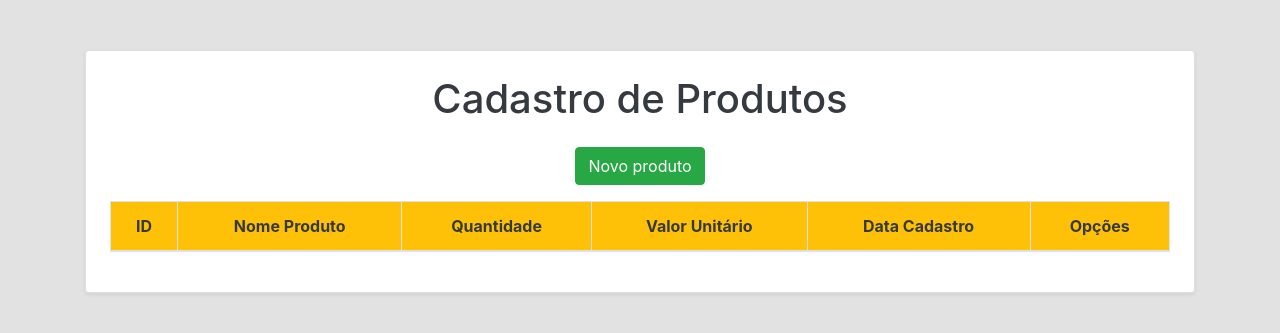
Repository: brudorea/produto
Page: http://localhost/produto/main
An editor plug-in stored every save of this project. The page is shown before and after the next save, followed by the edit.
The browser window is 1280 px wide. The pictures show the whole page.
The page is served by Tomcat 10. Other server files are loaded and not shown. Queries for data that is not in the repository find no rows.

Above is the page before, as saved 2025-06-03 01:14:56.

### produto/src/main/webapp/cadastro.jsp
<%@ page language="java" contentType="text/html; charset=UTF-8"
	pageEncoding="UTF-8"%>

<%@ page import="model.JavaBeans"%>
<%@ page import="java.util.ArrayList"%>

<%@ page import="java.util.Locale"%>
<%@ page import="java.time.format.DateTimeFormatter" %>
<%@ page import="java.text.NumberFormat" %>

<%
ArrayList<JavaBeans> lista = (ArrayList<JavaBeans>) request.getAttribute("produtos");

/* //Teste de recebimento
for(int i = 0; i < lista.size(); i++){
	out.print(lista.get(i).getId());
	out.print(lista.get(i).getNome());
	out.print(lista.get(i).getQtde());
	out.print(lista.get(i).getValor_unit());
	out.print(lista.get(i).getData_cad());
}*/
%>

<% NumberFormat moeda = NumberFormat.getCurrencyInstance (new Locale("pt","BR")); %>

<!DOCTYPE html>
<html lang="pt-br">
<head>
<meta charset="UTF-8">
<meta name="viewport" content="width=device-width, initial-scale=1.0">
<meta name="description"
	content="Sistema de cadastro de produtos com Java e Bootstrap.">
<meta name="keywords"
	content="cadastro, produtos, sistema, Java, Bootstrap">
<title>Cadastro de Produtos</title>
<link rel="shortcut icon" href="img/favicon.png" type="image/x-icon">
<link rel="stylesheet"
	href="https://stackpath.bootstrapcdn.com/bootstrap/4.1.3/css/bootstrap.min.css"
	integrity="sha384-MCw98/SFnGE8fJT3GXwEOngsV7Zt27NXFoaoApmYm81iuXoPkFOJwJ8ERdknLPMO"
	crossorigin="anonymous">
<link rel="stylesheet" href="style.css">
</head>
<body>
	<div
		class="container d-flex justify-content-center align-items-center min-vh-100">
		<section class="card shadow-sm p-4 w-100">
			<div class="text-center">
				<h1 class="text-dark mb-4">Cadastro de Produtos</h1>
				<a href="novo.html" class="btn btn-success">Novo produto</a>
			</div>

			<div class="table-responsive pt-3">
				<table class="table table-bordered table-striped text-center">
					<thead class="bg-warning text-dark">
						<tr>
							<th scope="col">ID</th>
							<th scope="col">Nome Produto</th>
							<th scope="col">Quantidade</th>
							<th scope="col">Valor Unitário</th>
							<th scope="col">Data Cadastro</th>
							<th scope="col">Opções</th>
						</tr>
					</thead>
					<tbody>
						<%
						for (int i = 0; i < lista.size(); i++) {
						%>
						<tr>
							<td><%=lista.get(i).getId()%></td>
							<td class="text-left"><%=lista.get(i).getNome()%></td>
							<td><%=lista.get(i).getQtde()%></td>

							<td><%= moeda.format (lista.get(i).getValor_unit())%></td>

							<td><%=lista.get(i).getData_cad().format(DateTimeFormatter.ofPattern("dd/MM/yyyy"))%></td>

							<td>
							 <a href="select?id=<%=lista.get(i).getId()%>" class="btn btn-sm btn-primary">Editar</a>
							 <a href="javascript:confirmar(<%=lista.get(i).getId() %>)" class="btn btn-sm btn-danger">Excluir</a>
							</td>
						</tr>

						<%
						}
						%>

					</tbody>
				</table>
			</div>
		</section>



		<!-- Bootstrap JS -->
		<script src="https://code.jquery.com/jquery-3.3.1.slim.min.js"
			integrity="sha384-q8i/X+965DzO0rT7abK41JStQIAqVgRVzpbzo5smXKp4YfRvH+8abtTE1Pi6jizo"
			crossorigin="anonymous"></script>
		<script
			src="https://cdnjs.cloudflare.com/ajax/libs/popper.js/1.14.3/umd/popper.min.js"
			integrity="sha384-ZMP7rVo3mIykV+2+9J3UJ46jBk0WLaUAdn689aCwoqbBJiSnjAK/l8WvCWPIPm49"
			crossorigin="anonymous"></script>
		<script
			src="https://stackpath.bootstrapcdn.com/bootstrap/4.1.3/js/bootstrap.min.js"
			integrity="sha384-ChfqqxuZUCnJSK3+MXmPNIyE6ZbWh2IMqE241rYiqJxyMiZ6OW/JmZQ5stwEULTy"
			crossorigin="anonymous"></script>
		<script src="confirmar.js"></script>
</body>
</html>

### produto/src/main/java/controller/Controller.java
package controller;

import java.io.IOException;
import java.sql.Connection;
import java.text.NumberFormat;
import java.time.LocalDate;
import java.util.ArrayList;
import java.util.Locale;

import jakarta.servlet.RequestDispatcher;
import jakarta.servlet.ServletException;
import jakarta.servlet.annotation.WebServlet;
import jakarta.servlet.http.HttpServlet;
import jakarta.servlet.http.HttpServletRequest;
import jakarta.servlet.http.HttpServletResponse;
import model.DAO; // Classe do banco de dados
import model.JavaBeans;

/**
 * Servlet implementation class Controller
 */
@WebServlet(urlPatterns = { "/main", "/insert", "/select", "/update", "/delete" })

public class Controller extends HttpServlet {
	private static final long serialVersionUID = 1L;

	DAO dao = new DAO(); // Testar o banco de dados
	JavaBeans produto = new JavaBeans();

	/**
	 * @see HttpServlet#HttpServlet()
	 */
	public Controller() {
		super();
		// TODO Auto-generated constructor stub
	}

	/**
	 * @see HttpServlet#doGet(HttpServletRequest request, HttpServletResponse
	 *      response)
	 */
	protected void doGet(HttpServletRequest request, HttpServletResponse response)
			throws ServletException, IOException {
		// dao.testeConexao(); // Fazer teste com o banco de dados

		String action = request.getServletPath();
		System.out.println(action);

		if (action.equals("/main")) {
			produtos(request, response);
		} else if (action.equals("/insert")) {
			novoProduto(request, response);
		} else if (action.equals("/select")) {
			listarProduto(request, response);
		} else if (action.equals("/update")) {
			editarProduto(request, response);
		} else if (action.equals("/delete")) {
			removerProduto(request, response);
		} else {
			response.sendRedirect("index.html");
		}
	}

	// produtos
	protected void produtos(HttpServletRequest request, HttpServletResponse response)
			throws ServletException, IOException {

		// response.sendRedirect("cadastro.jsp");

		// Criando um objeto que irá listar os dados JavaBeans
		ArrayList<JavaBeans> lista = dao.listarProdutos();

		// Encaminhar a lista ao documento cadastro.jsp
		request.setAttribute("produtos", lista);
		RequestDispatcher rd = request.getRequestDispatcher("cadastro.jsp");
		rd.forward(request, response);

		/**
		 * // Teste de recebimento da lista for (int i = 0; i < lista.size(); i++) {
		 * System.out.println(lista.get(i).getId());
		 * System.out.println(lista.get(i).getNome());
		 * System.out.println(lista.get(i).getQtde());
		 * System.out.println(lista.get(i).getValor_unit());
		 * System.out.println(lista.get(i).getData_cad());
		 *
		 * }
		 **/
	}

	// novoProduto
	protected void novoProduto(HttpServletRequest request, HttpServletResponse response)
			throws ServletException, IOException {

		/*
		 * // Teste de recebimento dos dados do formulário
		 * System.out.println(request.getParameter("nome_produto"));
		 * System.out.println(request.getParameter("qtde"));
		 * System.out.println(request.getParameter("valorunit"));
		 * System.out.println(request.getParameter("data_cad"));
		 */

		// Setar as variáveis
		int qtde = Integer.parseInt(request.getParameter("qtde"));
		String valorUnitStr = request.getParameter("valorunit").replace(",", ".");
		float valorUnit = Float.parseFloat(valorUnitStr);
		String dataTexto = request.getParameter("data_cad");
		LocalDate data = LocalDate.parse(dataTexto);

		produto.setNome(request.getParameter("nome_produto"));
		produto.setQtde(qtde);
		produto.setValor_unit(valorUnit);
		produto.setData_cad(data);

		dao.inserirProduto(produto);

		// Redirecionar para o documento "cadastro.jsp"
		response.sendRedirect("main");

	}

	protected void listarProduto(HttpServletRequest request, HttpServletResponse response)
			throws ServletException, IOException {
		int id = Integer.parseInt(request.getParameter("id"));

		/**
		//Teste de Recebimento
		System.out.println(id);
		*/

		//Setar variável JavaBeans - utilizando objeto produto
		produto.setId(id);

		dao.selecionarProduto(produto);

		/**
		//Teste de Recebimento
		System.out.println(produto.getId());
		System.out.println(produto.getNome());
		System.out.println(produto.getQtde());
		System.out.println(produto.getValor_unit());
		System.out.println(produto.getData_cad());
		*/

		NumberFormat formato =
        NumberFormat.getCurrencyInstance(Locale.forLanguageTag("pt-BR"));
		String valorFormatado = formato.format(produto.getValor_unit());

		//Setar as variáveis JavaBeans
		request.setAttribute("id", produto.getId());
		request.setAttribute("nome", produto.getNome());
		request.setAttribute("qtde", produto.getQtde());
		request.setAttribute("valorunit", valorFormatado); //R$ 12,45
		request.setAttribute("data_cadastro", produto.getData_cad());

		//Despachar para editar.jps
		RequestDispatcher rd = request.getRequestDispatcher("editar.jsp");
		rd.forward (request,response);
	}

	protected void editarProduto(HttpServletRequest request, HttpServletResponse response)
			throws ServletException, IOException {
		/**
		//Teste de Recimento
		System.out.println(request.getParameter("id"));
		System.out.println(request.getParameter("nome_produto"));
		System.out.println(request.getParameter("qtde"));
		System.out.println(request.getParameter("valorunit"));
		System.out.println(request.getParameter("data_cad"));
		*/

		//Setar as variáveis JavaBeans
		try {
			//Obter parâmetros básicos
			int id = Integer.parseInt(request.getParameter("id"));
			String nome = request.getParameter("nome_produto");
			int qtde = Integer.parseInt(request.getParameter("qtde"));

			//Valor monetário
			String valorTexto = request.getParameter("valorunit");
			//Remover espaços
			valorTexto = valorTexto.replaceAll("[\\s\\u00A0]", "");
			//Remover R$
			valorTexto = valorTexto.replace("R$", "");
			//Substituir vírgula por ponto
			valorTexto = valorTexto.replace(",", ".");
			//Converter FLOAT
			float valorUnit = Float.parseFloat(valorTexto);

			//Converter data
			LocalDate datacadastro = LocalDate.parse(request.getParameter("data_cad"));

			produto.setId(id);
			produto.setNome(nome);
			produto.setQtde(qtde);
			produto.setValor_unit(valorUnit);
			produto.setData_cad(datacadastro);

			//Executar update
			dao.alterarProduto(produto);


		} catch (Exception e) {
			//Em caso de erro, adiciona um redirecionamento para uma página de erro
			System.err.println("Erro ao editar produto:" + e.getMessage());
		}

		//Redirecionar para cadastro.jsp
		response.sendRedirect("main");
	}

	protected void removerProduto(HttpServletRequest request, HttpServletResponse response)
			throws ServletException, IOException {
		int id = Integer.parseInt(request.getParameter("id"));

		/*Teste de recebimento
		System.out.println(id);*/

		//Setar a variável JavaBeans
		produto.setId(id);

		//Executar o método deletarProduto
		dao.deletarProduto(produto);

		//Redirecionar para o documento cadastro.jsp
		response.sendRedirect("main");
	}

}

### produto/src/main/webapp/style.css
@charset "UTF-8";

body {
	background: #e2e2e2;
}

.container {
	margin-top: 50px;
}

### produto/src/main/webapp/confirmar.js
/**
 * Confirmar a exclusão do produto
 */

function confirmar(id){
	let resposta = confirm("Confirma a exclusão deste produto?")
	if(resposta === true){
		//alert(id)
		window.location.href = "delete?id=" + id
	}
}

After the next save:
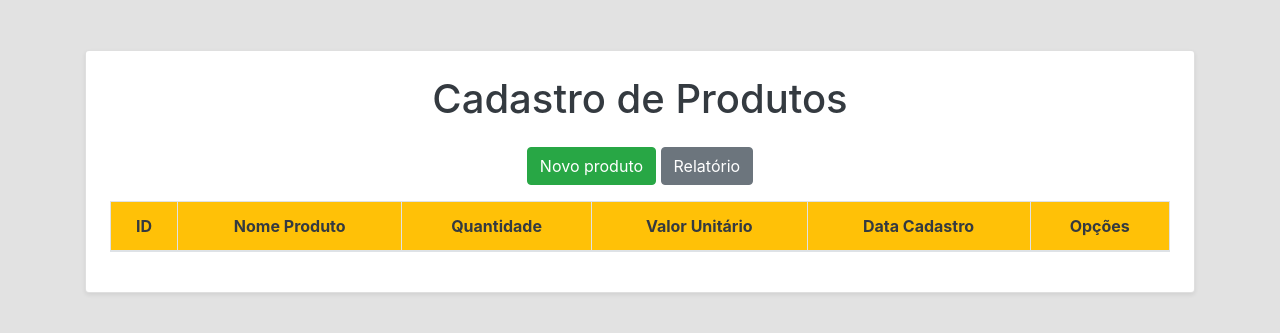
Saved 45 h 30 min later.
--- a/produto/src/main/webapp/cadastro.jsp
+++ b/produto/src/main/webapp/cadastro.jsp
@@ -47,6 +47,7 @@ for(int i = 0; i < lista.size(); i++){
 			<div class="text-center">
 				<h1 class="text-dark mb-4">Cadastro de Produtos</h1>
 				<a href="novo.html" class="btn btn-success">Novo produto</a>
+				<a href="report" class="btn btn-secondary">Relatório</a>
 			</div>
 
 			<div class="table-responsive pt-3">
